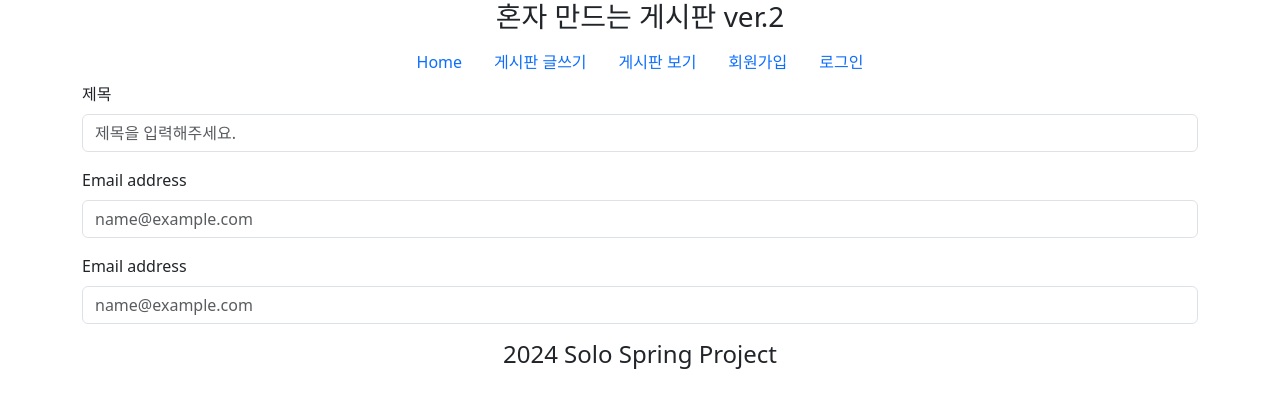
Repository: nefer2/Spring_test
Page: http://localhost/spring_test7/WEB-INF/views/board/register.jsp
The author's editor kept a copy of each file at every save. The page is drawn from the files as they stood at one save, then again after the next save.
The browser window is 1280 px wide. The pictures show the whole page.
The page is served by Tomcat 9. Nobody is signed in. Other server files are loaded and not shown. The template is opened directly, without the code that normally fills it, so the values that code supplies are empty.

Above is the page before, as saved 2024-01-17 03:59:39.

### spring_test7/src/main/webapp/WEB-INF/views/board/register.jsp
<%@ page language="java" contentType="text/html; charset=UTF-8"
    pageEncoding="UTF-8"%>
<%@ taglib uri="http://java.sun.com/jsp/jstl/core" prefix="c" %>
<%@ taglib uri="http://www.springframework.org/security/tags" prefix ="sec" %>



<jsp:include page="../layout/header.jsp"></jsp:include>
<jsp:include page="../layout/navbar.jsp"></jsp:include>


<div class="container-md">
	<form action="">
		<div class="mb-3">
		  <label for="title" class="form-label">제목</label>
		  <input type="text" name="title" class="form-control" id="title" placeholder="제목을 입력해주세요.">
		</div>
		<div class="mb-3">
		  <label for="exampleFormControlInput1" class="form-label">Email address</label>
		  <input type="email" class="form-control" id="exampleFormControlInput1" placeholder="name@example.com">
		</div>
		<div class="mb-3">
		  <label for="exampleFormControlInput1" class="form-label">Email address</label>
		  <input type="email" class="form-control" id="exampleFormControlInput1" placeholder="name@example.com">
		</div>
	</form>
</div>








<jsp:include page="../layout/footer.jsp"></jsp:include>

### spring_test7/src/main/webapp/WEB-INF/views/layout/header.jsp
<%@ page language="java" contentType="text/html; charset=UTF-8"
    pageEncoding="UTF-8"%>
<!DOCTYPE html>
<html>
<head>
<h3 style="text-align: center;">혼자 만드는 게시판 ver.2</h3>
</head>

### spring_test7/src/main/webapp/WEB-INF/views/layout/navbar.jsp
<%@ page language="java" contentType="text/html; charset=UTF-8"
    pageEncoding="UTF-8"%>


<script src="https://cdn.jsdelivr.net/npm/bootstrap@5.3.1/dist/js/bootstrap.bundle.min.js" integrity="sha384-HwwvtgBNo3bZJJLYd8oVXjrBZt8cqVSpeBNS5n7C8IVInixGAoxmnlMuBnhbgrkm" crossorigin="anonymous"></script>
<link href="https://cdn.jsdelivr.net/npm/bootstrap@5.3.1/dist/css/bootstrap.min.css" rel="stylesheet" integrity="sha384-4bw+/aepP/YC94hEpVNVgiZdgIC5+VKNBQNGCHeKRQN+PtmoHDEXuppvnDJzQIu9" crossorigin="anonymous">


<ul class="nav justify-content-center">

  <li class="nav-item">
    <a class="nav-link active" aria-current="page" href="/">Home</a>
  </li>
  <li class="nav-item">
    <a class="nav-link" href="#">게시판 글쓰기</a>
  </li>
  <li class="nav-item">
    <a class="nav-link" href="#">게시판 보기</a>
  </li>
    <li class="nav-item">
    <a class="nav-link" href="#">회원가입</a>
  </li>
    <li class="nav-item">
    <a class="nav-link" href="#">로그인</a>
  </li>
</ul>

### spring_test7/src/main/webapp/WEB-INF/views/layout/footer.jsp
<%@ page language="java" contentType="text/html; charset=UTF-8"
    pageEncoding="UTF-8"%>




<div><h4 style="text-align: center;">2024 Solo Spring Project</h4></div>

</body>
</html>

After the next save:
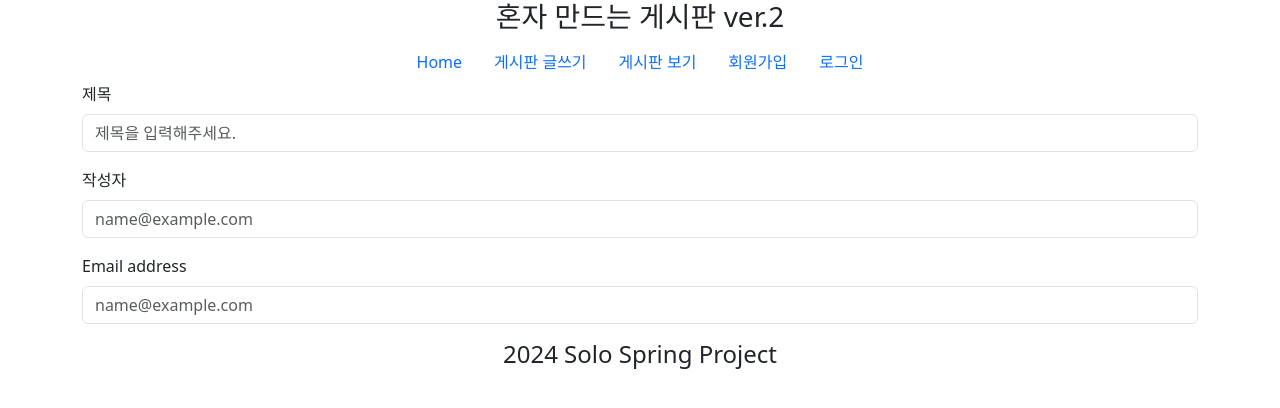
Saved 14 s later.
--- a/spring_test7/src/main/webapp/WEB-INF/views/board/register.jsp
+++ b/spring_test7/src/main/webapp/WEB-INF/views/board/register.jsp
@@ -16,7 +16,7 @@
 		  <input type="text" name="title" class="form-control" id="title" placeholder="제목을 입력해주세요.">
 		</div>
 		<div class="mb-3">
-		  <label for="exampleFormControlInput1" class="form-label">Email address</label>
+		  <label for="wirter" class="form-label">작성자</label>
 		  <input type="email" class="form-control" id="exampleFormControlInput1" placeholder="name@example.com">
 		</div>
 		<div class="mb-3">
